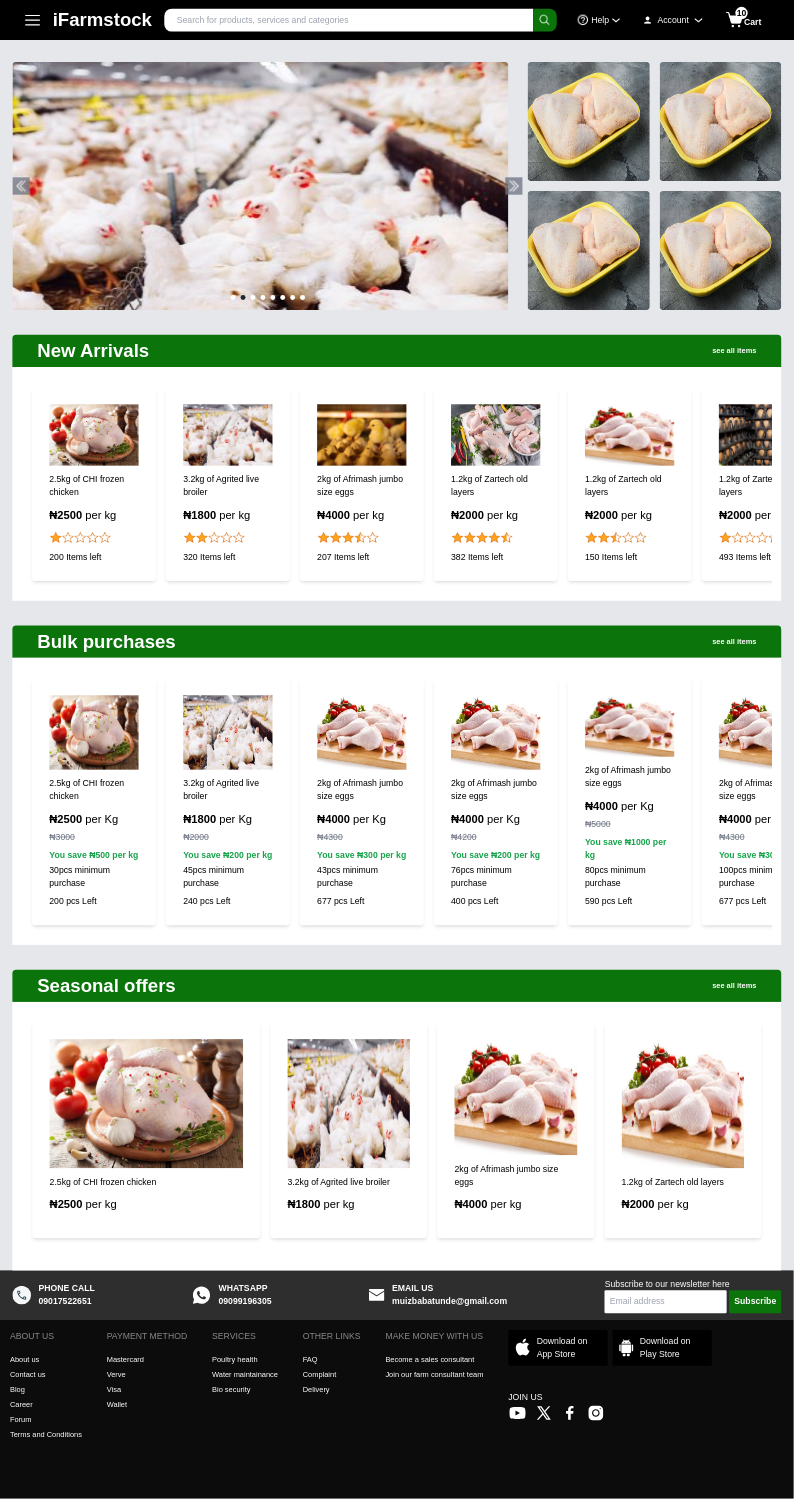
Repository: IssaMuiz/ifarmstock
Page: /
An editor plug-in stored every save of this project. The page is shown before and after the next save, followed by the edit.
The browser window is 1280 px wide. The pictures show the whole page, at 62% of full size.
The project was rebuilt for these pictures with package versions that can differ from the ones it lists, and the page was loaded fresh each time. The framework's server and built-in components were replaced by stand-ins that run in the browser. Also part of the build but not shown: next.config.mjs.

Above is the page before, as saved 2024-09-04 07:43:59.

### app/layout.tsx
import "@/styles/globals.css";

export const metadata = {
  title: "Grow",
  description: "Livestock farming e-commerce application",
};

export default function RootLayout({
  children,
}: {
  children: React.ReactNode;
}) {
  return (
    <html lang="en">
      <body className="bg-gray-200 h-screen w-auto">
        <section className="mb-5">{children}</section>
      </body>
    </html>
  );
}

### app/page.tsx
"use client";

import ProductSlider from "@/components/productSlider";
import ClientLayout from "@/components/clientLayout";
import NewArrivalsCards from "@/components/newArrivalsCards";
import BulkPurchasesCards from "@/components/bulkPurchasesCards";
import SeasonalCards from "@/components/seasonalCards";

const Home = () => {
  return (
    <ClientLayout>
      <div className="pt-20 tablet:mx-5 mobile:mx-2 h-auto">
        <div>
          <ProductSlider />

          <div
            className="bgColor text w-full h-auto mt-10 tablet:text-3xl mobile:text-2xl p-2 items-center rounded-t-md font-semibold flex
          justify-between px-10"
          >
            <p>New Arrivals</p>
            <p className="text-xs cursor-pointer hover:underline">
              see all items
            </p>
          </div>
          <NewArrivalsCards />
          <div
            className="bgColor text w-full h-auto mt-10 tablet:text-3xl mobile:text-2xl p-2 rounded-t-md font-semibold flex
          justify-between px-10 items-center"
          >
            <p>Bulk purchases</p>
            <p className="text-xs cursor-pointer hover:underline">
              see all items
            </p>
          </div>
          <BulkPurchasesCards />
          <div
            className="bgColor text w-full h-auto mt-10 tablet:text-3xl mobile:text-2xl p-2 rounded-t-md font-semibold flex
          justify-between px-10 items-center"
          >
            <p>Seasonal offers</p>
            <p className="text-xs cursor-pointer hover:underline">
              see all items
            </p>
          </div>
          <SeasonalCards />
        </div>
      </div>
    </ClientLayout>
  );
};

export default Home;

### styles/globals.css
@tailwind base;
@tailwind components;
@tailwind utilities;

.scrollbar {
  scrollbar-width: thin;
  scrollbar-color: gray #313131;
}

.bgColor {
  background-color: rgb(11, 116, 11);
}

.text {
  color: white;
}

body {
  font-family: Arial, Helvetica, sans-serif;
  font-size: 14px;
}

### components/productSlider.tsx
"use client";
import Image from "next/image";
import { useEffect, useState } from "react";

const ProductSlider = () => {
  const images = [
    "/assets/images/poultry-image1-slider.jpg",
    "/assets/images/poultry-image2-slider.jpg",
    "/assets/images/poultry-image3-slider.jpg",
    "/assets/images/poultry-image4-slider.jpg",
    "/assets/images/poultry-image5-slider.jpg",
    "/assets/images/poultry-image6-slider.jpg",
    "/assets/images/poultry-image7-slider.jpg",
    "/assets/images/catfish-image1-slider.jpg",
  ];

  const [index, setIndex] = useState(0);

  const handleSliceNext = () => {
    setIndex((index + 1) % images.length);
  };
  const handleSlicePrev = () => {
    setIndex((index - 1) % images.length);
  };

  const handleIndicatorClick = (i: number) => {
    setIndex(i);
  };

  useEffect(() => {
    const intervalId = setInterval(() => {
      handleSliceNext();
    }, 5000);
    return () => clearInterval(intervalId);
  }, [index]);
  return (
    <div className="flex tablet:flex-row gap-2 items-start mobile:flex-col w-full">
      <div className="relative mt-5 w-full overflow-hidden ">
        <div
          className="flex transition-transform duration-500 ease-in-out"
          style={{ transform: `translateX(-${index * 100}%)` }}
        >
          {images.map((image, i) => (
            <div key={i} className="min-w-full">
              <Image
                className="tablet:h-[400px] mobile:h-[200px]  rounded-md"
                src={image}
                alt={`Slide ${i + 1}`}
                width={800}
                height={200}
              />
            </div>
          ))}
        </div>
        <button
          type="button"
          onClick={handleSlicePrev}
          className="absolute left-0 top-1/2 tranform -translate-y-1/2 bg-gray-500 text-white px-1 py-1 opacity-75 hover:opacity-100 transition-opacity"
        >
          <Image
            className=""
            src="/assets/icons/arrow-left.png"
            alt="arrow-right-icon"
            width={20}
            height={20}
          />
        </button>
        <button
          type="button"
          onClick={handleSliceNext}
          className="absolute right-0 top-1/2 tranform -translate-y-1/2 bg-gray-500 text-white px-1 py-1 opacity-75 hover:opacity-100 transition-opacity"
        >
          <Image
            className=""
            src="/assets/icons/right-arrow.png"
            alt="arrow-right-icon"
            width={20}
            height={20}
          />
        </button>
        <div className="absolute bottom-4 left-0 right-0 flex justify-center space-x-2">
          {images.map((_, i) => (
            <button
              key={i}
              onClick={() => handleIndicatorClick(i)}
              className={`w-2 h-2 rounded-full ${
                index === i ? "bg-gray-800" : "bg-white"
              }`}
            />
          ))}
        </div>
      </div>
      <div className="">
        <div className="grid grid-cols-2 mt-5 gap-4">
          <Image
            className="rounded-md h-[192px] cursor-pointer"
            src="/assets/images/package-chicken2.jpg"
            alt=""
            width={300}
            height={330}
          />
          <Image
            className="rounded-md h-[192px] cursor-pointer"
            src="/assets/images/package-chicken2.jpg"
            alt=""
            width={300}
            height={330}
          />
          <Image
            className="rounded-md h-[192px] cursor-pointer"
            src="/assets/images/package-chicken2.jpg"
            alt=""
            width={300}
            height={330}
          />
          <Image
            className="rounded-md h-[192px] cursor-pointer"
            src="/assets/images/package-chicken2.jpg"
            alt=""
            width={300}
            height={330}
          />
        </div>
      </div>
    </div>
  );
};

export default ProductSlider;

### components/clientLayout.tsx
"use client";
import Navbar from "@/components/navbar";
import Sidenav from "@/components/sidenav";
import Footer from "@/components/footer";

import { useState, createContext } from "react";

export const SidebarContext = createContext({
  isOpen: false,
  toggleSidebar: () => {},
});

const ClientLayout = ({ children }: { children: React.ReactNode }) => {
  const [isOpen, setIsOpen] = useState(false);

  const toggleSidebar = () => {
    setIsOpen((prev) => !prev);
  };
  return (
    <SidebarContext.Provider value={{ isOpen, toggleSidebar }}>
      <Navbar />
      <Sidenav />
      <div
        className={`fixed inset-0 bg-black transition-opacity duration-300 ease-in-out z-10 ${
          isOpen
            ? "opacity-70 pointer-events-auto"
            : "opacity-0 pointer-events-none"
        }`}
        onClick={toggleSidebar}
      ></div>
      <section
        className={`relative z-0 transition-all duration-300 ease-in-out `}
      >
        {children}
      </section>
      <Footer />
    </SidebarContext.Provider>
  );
};

export default ClientLayout;

### components/newArrivalsCards.tsx
import Image from "next/image";
import newArrivalsCards from "../models/newArrivalsCards.json";
const NewArrivalsCards = () => {
  const sliceNewArrivals = newArrivalsCards.slice(0, 10);
  return (
    <div className="bg-white h-auto w-auto tablet:p-4 mobile:p-1">
      <div className="flex overflow-x-auto space-x-4 p-4">
        {sliceNewArrivals.map((product, index) => (
          <div
            key={index}
            className="flex shadow-md hover:shadow-xl hover:scale-[1.01] hover:transition-all hover:duration-300 hover:ease-in-out flex-col tablet:min-w-[200px] mobile:min-w-[160px] tablet:p-7 tablet:gap-3 mobile:p-2 mobile:gap-1 rounded-md cursor-pointer"
          >
            <Image
              src={product.image}
              alt="poultry"
              width={150}
              height={100}
              className="h-full w-full"
            />
            <div className="text-md">
              <p className="line-clamp-2 mb-3">
                <span>{product.weight}</span> of {product.name}
              </p>
              <p className="font-semibold text-lg mb-3">
                &#8358;{product.Price}
                <span className="text-md font-extralight"> per kg</span>
              </p>
              <div className="mb-3">
                <Image
                  src={product.rating}
                  alt="rating-icon"
                  width={100}
                  height={60}
                />
              </div>
              <div className="">{product.itemsLeft} Items left</div>
            </div>
          </div>
        ))}
      </div>
    </div>
  );
};

export default NewArrivalsCards;

### components/bulkPurchasesCards.tsx
import Image from "next/image";
import bulkPurchasesCards from "@/models/bulkPurchasesCards.json";
const BulkPurchasesCard = () => {
  const sliceBulkPurchase = bulkPurchasesCards.slice(0, 8);
  return (
    <div className="bg-white h-auto w-auto tablet:p-4 mobile:p-1">
      <div className="flex overflow-x-auto space-x-4 p-4">
        {sliceBulkPurchase.map((product, index) => (
          <div
            key={index}
            className="flex shadow-md hover:shadow-xl hover:scale-[1.01] hover:transition-all hover:duration-300 hover:ease-in-out flex-col tablet:min-w-[200px] mobile:min-w-[160px] tablet:p-7 tablet:gap-3 mobile:p-2 mobile:gap-1 rounded-md cursor-pointer"
          >
            <Image
              src={product.image}
              alt="poultry"
              width={150}
              height={100}
              className="h-full w-full"
            />
            <div className="text-md">
              <p className="line-clamp-2 mb-3">
                <span>{product.weight}</span> of {product.name}
              </p>
              <p className="font-semibold text-lg mb-1">
                &#8358;{product.Price}
                <span className="text-md font-extralight"> per Kg</span>
              </p>
              <p className="mb-2 line-through text-gray-500">
                &#8358;{product.discount}
              </p>
              <p className="text-green-600 font-semibold mb-1">
                You save &#8358;{product.discount - product.Price} per kg
              </p>
              <p className="mb-2">{product.minimum}pcs minimum purchase</p>
              <p>{product.itemsLeft} pcs Left</p>
            </div>
          </div>
        ))}
      </div>
    </div>
  );
};

export default BulkPurchasesCard;

### components/seasonalCards.tsx
import Image from "next/image";
import seasonalCards from "@/models/seasonalCards.json";
const SeasonalCards = () => {
  return (
    <div className="bg-white h-auto w-auto tablet:p-4 mobile:p-1">
      <div className="flex overflow-x-auto space-x-4 p-4 mb-5">
        {seasonalCards.map((product, index) => (
          <div
            key={index}
            className="flex shadow-md hover:shadow-xl hover:scale-[1.01] hover:transition-all hover:duration-300 hover:ease-in-out flex-col tablet:min-w-[200px] mobile:min-w-[160px] tablet:p-7 tablet:gap-3 mobile:p-2 mobile:gap-1 rounded-md cursor-pointer"
          >
            <Image
              src={product.image}
              alt="poultry"
              width={150}
              height={100}
              className="h-full w-full"
            />
            <div className="text-md">
              <p className="line-clamp-2 mb-3">
                <span>{product.weight}</span> of {product.name}
              </p>
              <p className="font-semibold text-lg mb-3">
                &#8358;{product.Price}
                <span className="text-md font-extralight"> per kg</span>
              </p>
            </div>
          </div>
        ))}
      </div>
    </div>
  );
};

export default SeasonalCards;

### components/sidenav.tsx
"use client";
import Image from "next/image";
import Link from "next/link";
import { useState } from "react";
import { useContext } from "react";
import { SidebarContext } from "./clientLayout";
const Sidenav = () => {
  const [categories, setCategories] = useState([
    {
      id: "1",
      name: "Broiler",
      expanded: false,
      arrowIcon: "/assets/icons/arrow-icon--right.png",
      dropdownlink: [
        { name: "Day Old Chicks", link: "/" },
        { name: "Matured Broilers", link: "/" },
        { name: "Frozen Chicken", link: "/" },
      ],
    },
    {
      id: "2",
      name: "Layers",
      expanded: false,
      arrowIcon: "/assets/icons/arrow-icon--right.png",
      dropdownlink: [
        { name: "Pullet", link: "/" },
        { name: "Point Of Lay", link: "/" },
        { name: "Old Layers", link: "/" },
      ],
    },
    {
      id: "3",
      name: "Catfish",
      expanded: false,

      arrowIcon: "/assets/icons/arrow-icon--right.png",
      dropdownlink: [
        { name: "Fingerlings/Juvenile", link: "/" },
        { name: "Matured Catfish", link: "/" },
        { name: "Smoked Catfish", link: "/" },
      ],
    },
    {
      id: "4",
      name: "Poultry-Eggs",
      expanded: false,

      arrowIcon: "/assets/icons/arrow-icon--right.png",
      dropdownlink: [
        { name: "Jumbo-size", link: "/" },
        { name: "Small-size", link: "/" },
        { name: "packaged-eggs", link: "/" },
      ],
    },
  ]);

  const handleDropdown = (id: string) => {
    setCategories((prev) =>
      prev.map((category) =>
        category.id === id
          ? { ...category, expanded: !category.expanded }
          : category
      )
    );
  };

  const { isOpen } = useContext(SidebarContext);
  return (
    <div>
      <nav
        className={`fixed overflow-x-hidden scrollbar h-auto overflow-auto z-20 left-0 top-0 bottom-0 tablet:w-[300px] mobile:w-[250px] transform transition-transform duration-300  bg-gray-100 ${
          isOpen ? "translate-x-0" : "-translate-x-full"
        }`}
      >
        <div className="bgColor h-14 flex items-center text text-2xl pl-5 font-semibold gap-3">
          <Image
            src="/assets/icons/account.png"
            alt="profile-icon"
            height={25}
            width={25}
          />
          <p>Hello User</p>
        </div>
        <div className=" ">
          {categories.map((category) => (
            <div onClick={() => handleDropdown(category.id)} key={category.id}>
              <div className="text-lg flex justify-between items-center font-semibold hover:bg-gray-300 mt-5 p-2 cursor-pointer">
                <div>{category.name}</div>

                <Image
                  className={`${
                    category.expanded &&
                    "rotate-90 duration-300 transition-transform"
                  } h-4 w-4`}
                  src={category.arrowIcon}
                  alt="arrow-icon"
                  width={3}
                  height={3}
                />
              </div>

              <div>
                {category.expanded && (
                  <div>
                    {category.dropdownlink.map((dropdown, index) => (
                      <div className="hover:bg-gray-300" key={index}>
                        <Link href={dropdown.link}>
                          <div className="p-3 text-md ">{dropdown.name}</div>
                        </Link>
                      </div>
                    ))}
                  </div>
                )}
              </div>
            </div>
          ))}
        </div>
      </nav>
    </div>
  );
};

export default Sidenav;

### tailwind.config.ts
import type { Config } from "tailwindcss";

const config: Config = {
  content: [
    "./pages/**/*.{js,ts,jsx,tsx,mdx}",
    "./components/**/*.{js,ts,jsx,tsx,mdx}",
    "./app/**/*.{js,ts,jsx,tsx,mdx}",
  ],
  theme: {
    extend: {
      screens: {
        mobile: "320px",
        tablet: "768px",
        desktop: "1024px",
      },
    },
  },
  plugins: [],
};
export default config;

Loaded but not shown: models/newArrivalsCards.json (162 lines, source omitted); models/bulkPurchasesCards.json (110 lines, source omitted); models/seasonalCards.json (26 lines, source omitted); components/footer.tsx (335 lines, source omitted); components/navbar.tsx (148 lines, source omitted)

After the next save:
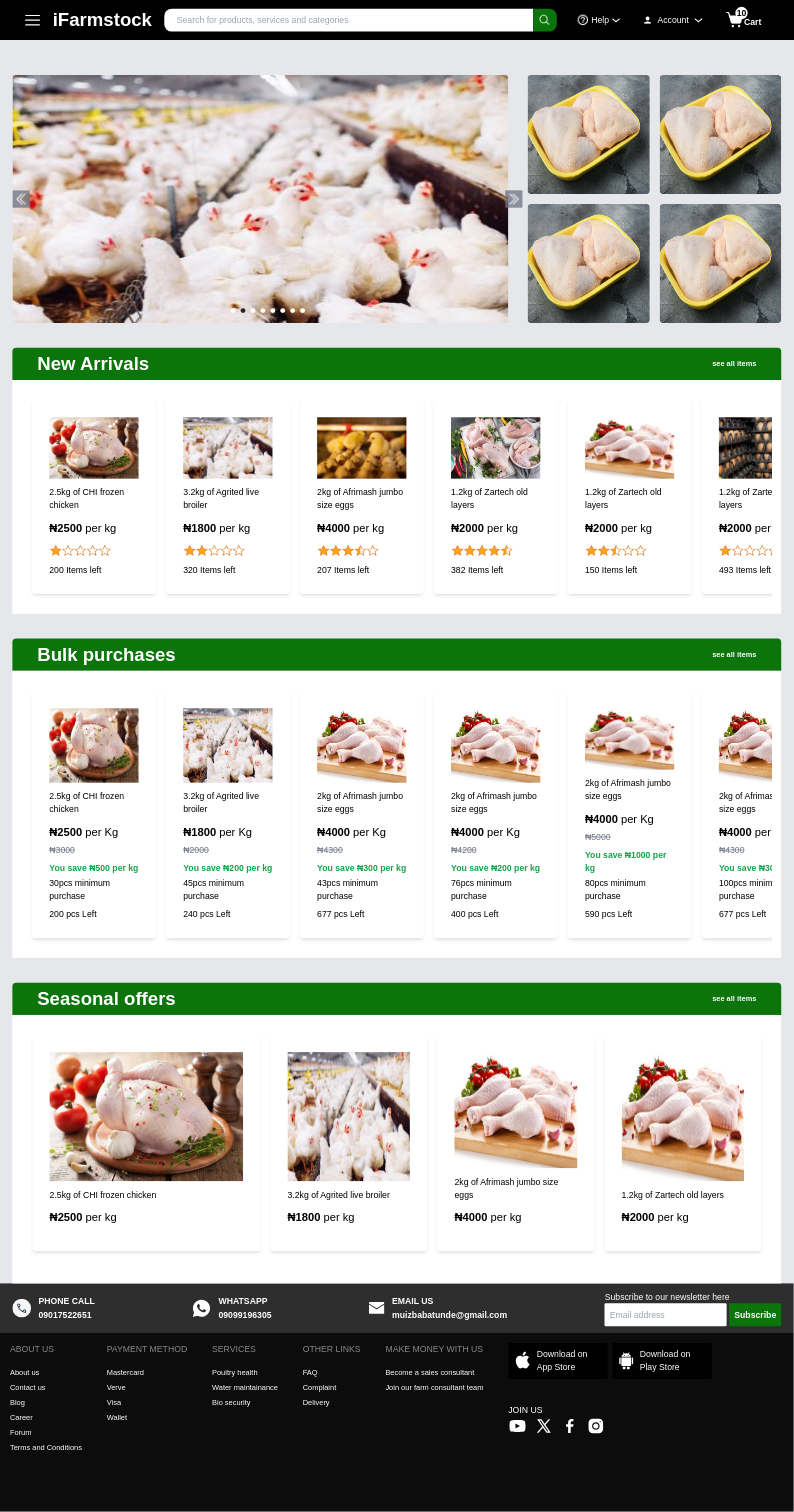
Saved 2 min 19 s later.
--- a/components/sidenav.tsx
+++ b/components/sidenav.tsx
@@ -66,8 +66,8 @@
 
   const { isOpen } = useContext(SidebarContext);
   return (
-    <div>
-      <nav
+    <nav className="flex items-start gap-3 ">
+      <div
         className={`fixed overflow-x-hidden scrollbar h-auto overflow-auto z-20 left-0 top-0 bottom-0 tablet:w-[300px] mobile:w-[250px] transform transition-transform duration-300  bg-gray-100 ${
           isOpen ? "translate-x-0" : "-translate-x-full"
         }`}
@@ -115,8 +115,11 @@
             </div>
           ))}
         </div>
-      </nav>
-    </div>
+      </div>
+      <div>
+        <p>X</p>
+      </div>
+    </nav>
   );
 };
 

After the 3 saves that followed:
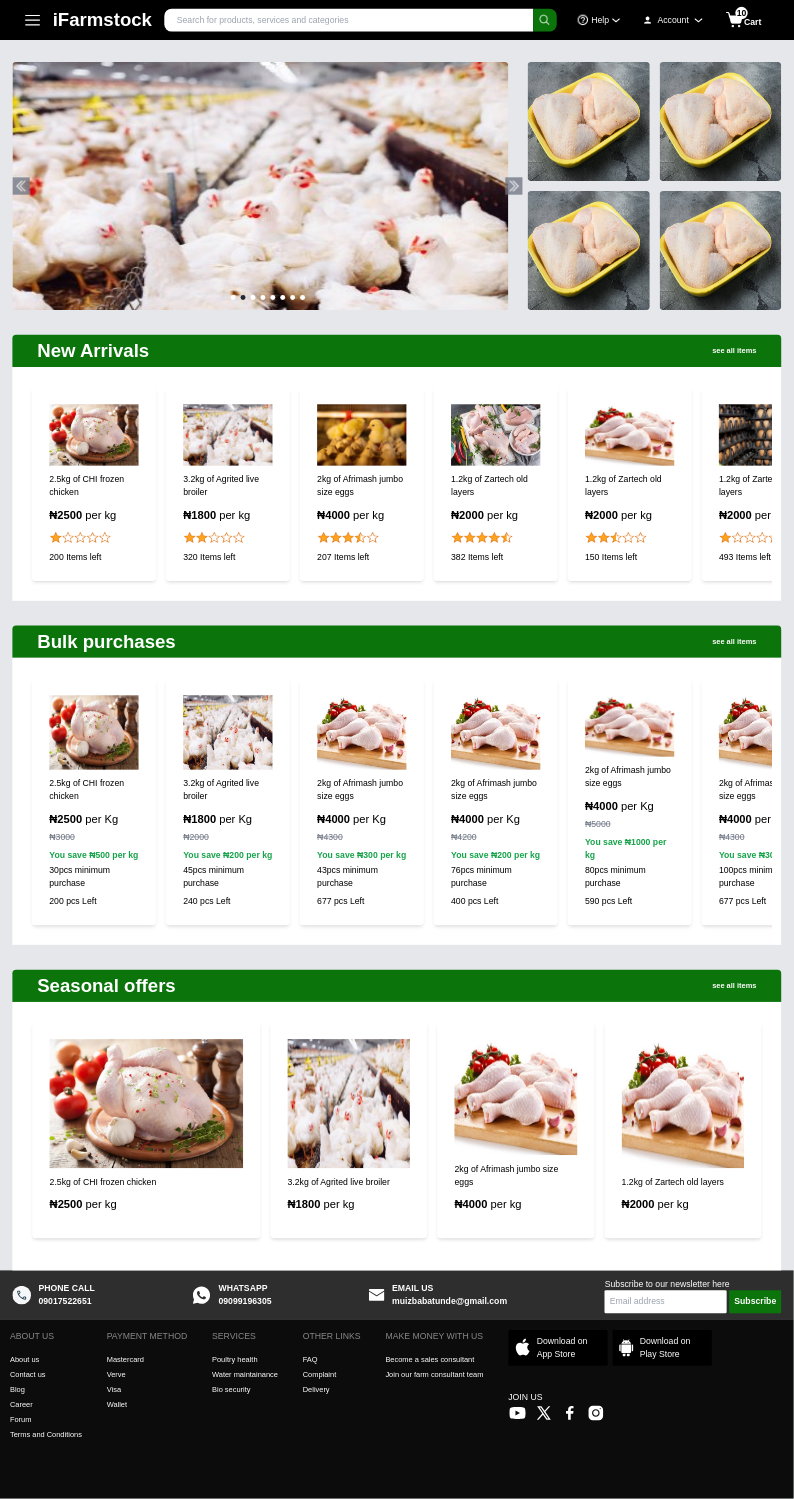
The 3 saves are shown as one change because 2 left the picture as it was.
The last was saved 13 min 38 s later.
--- a/components/sidenav.tsx
+++ b/components/sidenav.tsx
@@ -66,12 +66,13 @@
 
   const { isOpen } = useContext(SidebarContext);
   return (
-    <nav className="flex items-start gap-3 ">
+    <nav>
       <div
         className={`fixed overflow-x-hidden scrollbar h-auto overflow-auto z-20 left-0 top-0 bottom-0 tablet:w-[300px] mobile:w-[250px] transform transition-transform duration-300  bg-gray-100 ${
           isOpen ? "translate-x-0" : "-translate-x-full"
         }`}
       >
+        <button className="absolute top-4 right-4 text-2xl">&times;</button>
         <div className="bgColor h-14 flex items-center text text-2xl pl-5 font-semibold gap-3">
           <Image
             src="/assets/icons/account.png"
@@ -116,9 +117,6 @@
           ))}
         </div>
       </div>
-      <div>
-        <p>X</p>
-      </div>
     </nav>
   );
 };
